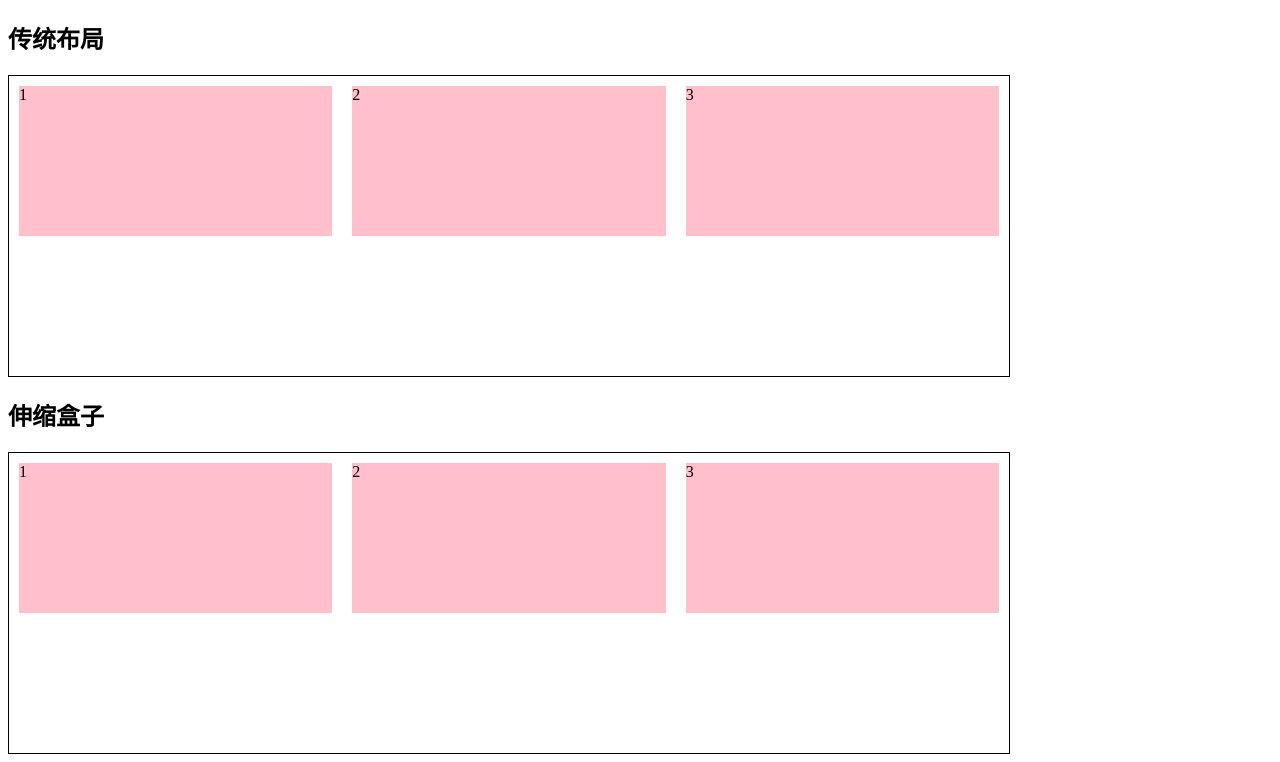
Repository: liuxi0811/web-demo
Page: 伸缩布局.html
These files come from the project's save history. The page is drawn as it stood at one moment and after the next save; the edit follows.
The browser window is 1280 px wide. The pictures show the whole page.

Above is the page before, as saved 2020-12-03 18:07:04.

### 伸缩布局.html
<!DOCTYPE html>
<html lang="en">

<head>
    <meta charset="UTF-8">
    <meta name="viewport" content="width=device-width, initial-scale=1.0">
    <title>Document</title>
    <style>
        div {
            width: 1000px;
            height: 300px;
            border: 1px solid;
        }

        li {
            width: 150px;
            height: 150px;
            background: pink;
            margin: 10px;
            /* display: flex; */
            flex: 1;
        }

        ul {
            list-style: none;
            display: flex;
            margin: 0px;
            padding: 0px;

        }
    </style>
</head>

<body>
    <section>
        <h1>传统布局</h1>
        <div>
            <ul>
                <li>1</li>
                <li>2</li>
                <li>3</li>
        </div>
    </section>
    <section>
        <h1>伸缩盒子</h1>
        <div>
            <ul>
                <li>1</li>
                <li>2</li>
                <li>3</li>
        </div>
    </section>
</body>

</html>

After the next save:
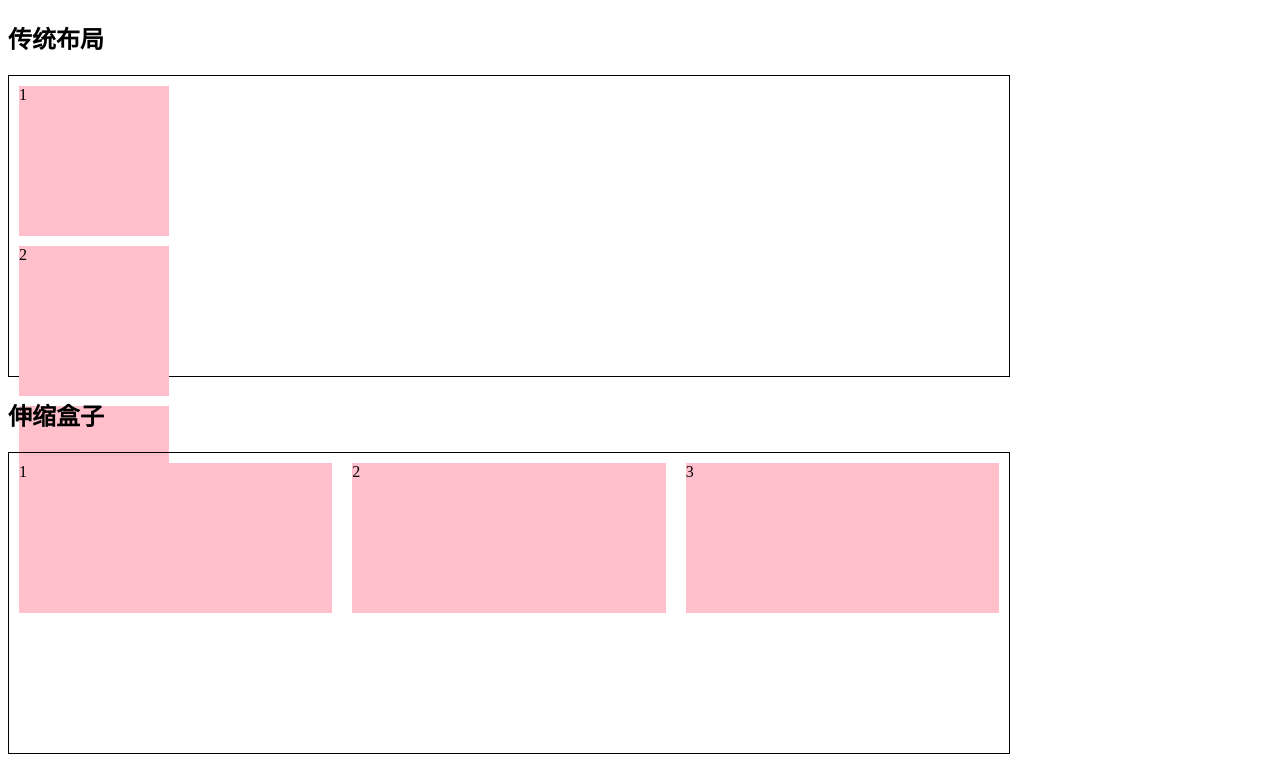
Saved 48 s later.
--- a/伸缩布局.html
+++ b/伸缩布局.html
@@ -23,10 +23,13 @@
 
         ul {
             list-style: none;
-            display: flex;
+
             margin: 0px;
             padding: 0px;
 
+        }
+        section:nth-child(2) ul{
+            display: flex;
         }
     </style>
 </head>
